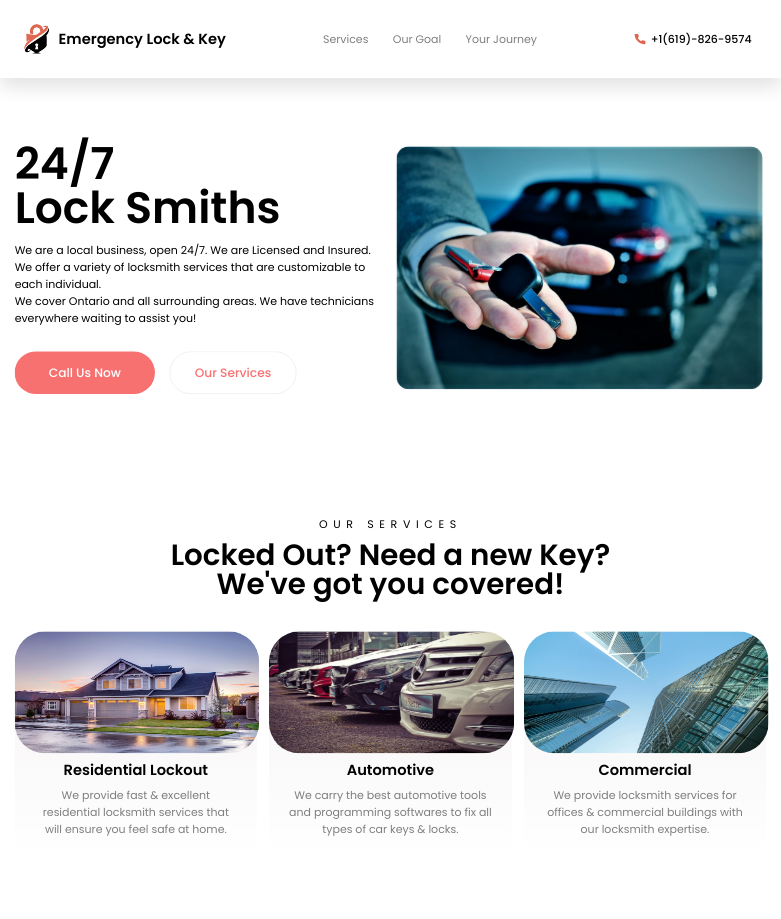
Repository: aya7abbal/locksprollc
Page: /
These files come from the project's save history. The page is drawn as it stood at one moment and after the next save; the edit follows.
The browser window is 1280 px wide. The pictures show the whole page, at 61% of full size.
Some web fonts or font styles are not loaded; a fallback is used. The project was rebuilt for these pictures with package versions that can differ from the ones it lists, and the page was loaded fresh each time. Also part of the build but not shown: vite.config.js.

Above is the page before, as saved 2024-04-03 01:17:05.

### index.html
<!doctype html>
<html lang="en">
  <head>
    <meta charset="UTF-8" />
    <link rel="icon" type="image/svg+xml" href="/src/assets/Images/Logo/favicon.ico" />
    <meta name="viewport" content="width=device-width, initial-scale=1.0" />
    <title>Emergency Lock & Key</title>
    <link rel="stylesheet" href="https://rsms.me/inter/inter.css">

  </head>
  <body>
    <div id="root" class="px-0"></div>
    <script type="module" src="/src/main.jsx"></script>
  </body>
</html>

### src/App.jsx
import Navbar from './Components/0.Navbar/Navbar'
import Banner from './Components/1.Banner/Index'
import Services from './Components/2.Services/Index'

export default function App() {

  return (
    <>
<Navbar/>
<Banner/>
<Services/>
    </>
  )
}

### src/index.css
@import url('https://fonts.googleapis.com/css2?family=Poppins:wght@400;500;600;700;800&display=swap');
@tailwind base;
@tailwind components;
@tailwind utilities;
/* npm */

* {
  font-family: 'Poppins', sans-serif;
}


html, body{
  scroll-behavior: smooth !important;
  margin: auto 0!important;
  padding: 0px !important;

}

html:not([data-scroll="0"]) .navbar {
  position: fixed;
  top: 0;
  width: 100%;
  background-color: white;
  background-blend-mode: overlay;
  opacity: 1.9;
  box-shadow: 0 15px 30px rgba(0, 0, 0, 0.12);
  transition: 0.4s linear;
  z-index: 3;
}

.card-b {
  background: linear-gradient(180deg, #F8F6F6 0%, #F8F6F6 0.01%, rgba(248, 246, 246, 0) 100%);
}

.ls-51 {
  letter-spacing: 0.515em;
}

.br-50 {
  border-radius: 50px 400px 50px 50px;
}

@media screen and (max-width: 1200px) {
  .br-50 {
    border-radius: 20px;
  }
}

.footer-icons {
  transition: .5s;
}

.footer-icons:hover {
  transform: translateY(-8px);
}

.footer-icons:hover > .sepiaa {
  filter: invert(100.10);
}

.space-links {
  transition: .3s;
}

.space-links:hover {
  letter-spacing: 1px;
}

.hover-underline {
  display: inline-flex;
  position: relative;
  color: #dc6550;
  justify-content: center;
  align-items: center;
}

.hover-underline:after {
  content: "";
  position: absolute;
  width: 100%;
  transform: scaleX(0);
  height: 1px;
  bottom: 0;
  left: 0;
  background-color: #DF6751;
  transform-origin: bottom right;
  transition: transform .25s ease-out;
}

.hover-underline:hover:after {
  transform: scaleX(1);
  transform-origin: bottom left;
}

.w-340px {
  width: 340px;
}

.shadow-fi {
  box-shadow: 0px 28px 42px rgba(0, 0, 0, 0.15);
}

.inner-img {
  transition: 0.3s;
}

.inner-img:hover {
  transform: scale(1.1);
}

.par-87{
  padding-right: 87px;
}



#root{
    padding: 0px !important;
}
@media (min-width:1024px) {
    #root{
        padding: 0px !important;
    }

}

### src/Components/0.Navbar/Navbar.tsx
import { Disclosure } from "@headlessui/react";
import React from "react";
import { Bars3Icon } from "@heroicons/react/24/outline";
import Drawer from "./Drawer";
import Drawerdata from "./Drawerdata";
import Logo from "../../assets/Images/Logo/Logo.png";
import Phone from "../../assets/Images/Navbar/phone.svg"

interface NavigationItem {
  name: string;
  href: string;
  current: boolean;
}

const navigation: NavigationItem[] = [
  { name: "Services", href: "#services-section", current: false },
  { name: "Our Goal", href: "#Goal-section", current: false },
  { name: "Your Journey", href: "#Process-section", current: false },
];

function classNames(...classes: string[]) {
  return classes.filter(Boolean).join(" ");
}

const Navbar = () => {
  const [isOpen, setIsOpen] = React.useState(false);

  return (
    <Disclosure as="nav" className="navbar">
      <>
        <div className=" max-w-7xl p-3 md:p-6 lg:px-8 mx-auto w-100">
          <div className="relative flex h-12 sm:h-20 items-center">
            <div className="flex flex-1 items-center sm:justify-between">
              {/* LOGO */}

              <div className="flex md:hidden flex-shrink-0 items-center border-right">
                <img src={Logo} alt="logo" width={36} height={36} />
                <a href="/" className="text-xl font-semibold text-black ml-4">
                  Emergency Lock & Key
                </a>
              </div>
              <div className="hidden md:flex flex-shrink-0 items-center border-right">
                <img src={Logo} alt="logo" width={56} height={56} />
                <a href="/" className="text-2xl font-semibold text-black ml-2">
                  Emergency Lock & Key
                </a>
              </div>

              {/* LINKS */}

              <div className="hidden lg:flex items-center border-right ">
                <div className="flex justify-end space-x-4">
                  {navigation.map((item) => (
                    <a
                      key={item.name}
                      href={item.href}
                      className={classNames(
                        item.current
                          ? "bg-black"
                          : "navlinks hover:opacity-100",
                        "px-3 py-4 rounded-md text-lg font-normal opacity-50 hover:text-black space-links"
                      )}
                      aria-current={item.href ? "page" : undefined}
                    >
                      {item.name}
                    </a>
                  ))}
                </div>
              </div>
              <div className="gap-6 hidden lg:flex mr-4">
                <div className="flex items-center gap-2">
                  <img
                    src={Phone}
                    alt="phone-image"
                    width={19}
                    height={19}
                  />
                  <a
                    className="text-lg font-medium "
                    href="tel:001619-826-9574"
                  >
                    +1(619)-826-9574
                  </a>
                </div>
                {/* <button className='flex justify-end text-xl font-medium bg-bgpink text-pink py-4 px-4 lg:px-8 navbutton rounded-full hover:text-black'>Sign in</button> */}
                {/* <Signindialog /> */}
              </div>
            </div>

            {/* DRAWER FOR MOBILE VIEW */}

            {/* DRAWER ICON */}

            <div className="block lg:hidden">
              <Bars3Icon
                className="block h-6 w-6"
                aria-hidden="true"
                onClick={() => setIsOpen(true)}
              />
            </div>

            {/* DRAWER LINKS DATA */}

            <Drawer isOpen={isOpen} setIsOpen={setIsOpen}>
              <Drawerdata />
            </Drawer>
          </div>
        </div>
      </>
    </Disclosure>
  );
};

export default Navbar;

### src/Components/1.Banner/Index.tsx
"use client";
import { Fade } from "react-awesome-reveal";
import BannerPhoto from "../../assets/Images/Banner/Mobile-Lockout.jpeg";
import "./Banner.css";

const Banner = () => {
  return (
    <div className="bg-lightpink w-100 mt-32">
      <div className="mx-auto max-w-7xl pt-20 sm:pb-24 px-6">
        <div className="grid grid-cols-1 lg:grid-cols-12 space-x-1">
          <div className="col-span-6 flex flex-col justify-center">
            <Fade
              direction={"up"}
              delay={400}
              cascade
              damping={1e-1}
              triggerOnce={true}
            >
              <h1 className="text-4xl lg:text-7xl font-semibold mb-5 text-lightgrey md:4px lg:text-start text-center">
                24/7 <br /> Lock Smiths
              </h1>
            </Fade>
            <Fade
              direction={"up"}
              delay={800}
              cascade
              damping={1e-1}
              triggerOnce={true}
            >
              <p className="text-grey lg:text-lg font-normal mb-10 lg:text-start text-center">
                We are a local business, open 24/7. We are Licensed and Insured.
                We offer a variety of locksmith services that are customizable
                to each individual.
                <br /> We cover Ontario and all surrounding areas. We have
                technicians everywhere waiting to assist you!{" "}
              </p>
            </Fade>
            <Fade
              direction={"up"}
              delay={1000}
              cascade
              damping={1e-1}
              triggerOnce={true}
            >
              <div className="md:flex align-middle justify-center lg:justify-start">
                <button className="text-xl w-full md:w-auto font-medium rounded-full text-white py-5 px-6 bg-red-400 lg:px-14 mr-6">
                  <a href="tel:001619-826-9574">Call Us Now</a>
                </button>
                <button className="flex border w-full md:w-auto mt-5 md:mt-0 border-pink justify-center rounded-full text-xl font-medium items-center py-5 px-10 text-red-400 hover:text-white hover:bg-red-400">

                  <a href="#services-section">Our Services</a>
                </button>
              </div>
            </Fade>
          </div>

          <div className="col-span-6 flex justify-center relative banner-photo-container">
            {/* <div className="flex bg-white p-2 gap-5 items-center bottom-10 left-10 rounded-xl absolute">
              <img
                src={"/imgs/Banner/pizza.svg"}
                alt="pizza-img"
                width={68}
                height={68}
              />
              <p className="text-lg font-normal">
                More than 500+ <br /> recipes.
              </p>
            </div> */}
            <img
              src={BannerPhoto}
              alt="nothing"
              id="banner-img"
              // width={200}
              // height={200}
            />
          </div>
        </div>
      </div>
    </div>
  );
};

export default Banner;

### src/Components/2.Services/Index.tsx
"use client"
// import Link from 'next/link';
// import { ChevronRightIcon } from '@heroicons/react/24/outline';
import { Fade } from "react-awesome-reveal";
import Residential from '../../assets/Images/Services/featureOne.jpg'
import Automotive from '../../assets/Images/Services/featureTwo.jpg'
import Commercial from '../../assets/Images/Services/featureThree.jpg'


interface cardDataType {
    imgSrc: any;
    heading: string;
    subheading: string;
    link: string;
}

const cardData: cardDataType[] = [
    {
        imgSrc: Residential,
        heading: "Residential Lockout",
        subheading: "We provide fast & excellent residential locksmith services that will ensure you feel safe at home.",
        link: 'Learn more'
    },
    {
        imgSrc: Automotive,
        heading: "Automotive",
        subheading: "We carry the best automotive tools and programming softwares to fix all types of car keys & locks.",
        link: 'Learn more'
    },
    {
        imgSrc: Commercial,
        heading: "Commercial",
        subheading: "We provide locksmith services for offices & commercial buildings with our locksmith expertise.",
        link: 'Learn more'
    }

]

const Services = () => {
    return (


        <div>
            <div className='mx-auto max-w-7xl py-20 px-6' id="services-section">
                <div className='text-center mb-14' >
                    <Fade direction={'up'} delay={400} cascade damping={1e-1} triggerOnce={true}>
                        <h3 className='text-pink text-lg font-normal mb-3 ls-51 uppercase'>Our Services</h3>
                    </Fade>
                    <Fade direction={'up'} delay={800} cascade damping={1e-1} triggerOnce={true}>
                        <p className='text-3xl lg:text-5xl font-semibold text-lightgrey'>Locked Out? Need a new Key? <br /> We&apos;ve got you covered!</p>
                    </Fade>
                </div>


                <div className='grid sm:grid-cols-1 lg:grid-cols-3 gap-y-20  gap-x-5 mt-32 pt-5 service-container'>
                    <Fade direction={'up'} delay={1000} cascade damping={1e-1} triggerOnce={true}>
                        {cardData.map((items, i) => (

                            <div className='card-b p-8 relative rounded-3xl my-5' key={i}>
                                <div className='work-img-bg rounded-full grid sm:grid-cols-1 absolute top-[-50%] sm:top-[-50%]  md:top-[-55%] lg:top-[-45%] left-[0%] sm:right-[-1%]'>
                                    <img src={items.imgSrc} alt={items.imgSrc.src} width={500} height={500} style={{borderRadius:"50px", width:"500px", height:"200px", margin:"auto"}}/>
                                </div>
                                <h3 className='text-2xl text-black font-semibold text-center mt-16 '>{items.heading}</h3>
                                <p className='text-lg font-normal pt-3 text-black text-center text-opacity-50'>{items.subheading}</p>
                                <div className='flex items-center justify-center'>
                                    {/* <Link href='/'><p className='text-center text-lg font-medium text-pink mt-2 hover-underline'>{items.link}<ChevronRightIcon width={20} height={20} /></p></Link> */}
                                </div>


                            </div>
                        ))}
                    </Fade>
                </div>
            </div>
        </div>

    )
}

export default Services;

### src/Components/0.Navbar/Drawer.tsx
import React, { ReactNode } from "react";
import { XMarkIcon } from "@heroicons/react/24/outline";
import Logo from "../../assets/Images/Logo/Logo.png";

interface DrawerProps {
  children: ReactNode;
  isOpen: boolean;
  setIsOpen: (isOpen: boolean) => void;
}

const Drawer = ({ children, isOpen, setIsOpen }: DrawerProps) => {
  return (
    <main
      className={
        " fixed overflow-hidden z-10 bg-gray-900 bg-opacity-25 inset-0 transform ease-in-out " +
        (isOpen
          ? " transition-opacity opacity-100 duration-500 translate-x-0  "
          : " transition-all delay-500 opacity-0 -translate-x-full  ")
      }
    >
      <section
        className={
          "w-340px max-w-lg left-0 absolute bg-white h-full shadow-xl delay-400 duration-500 ease-in-out transition-all transform " +
          (isOpen ? "translate-x-0" : "-translate-x-full")
        }
      >
        <article className="relative w-340px max-w-lg pb-10 flex flex-col space-y-6 h-full">
          <header className="px-4 py-4 flex items-center justify-between">
            <div className="flex flex-shrink-0 items-center border-right">
              <img src={Logo} alt="logo" width={56} height={56} />
              <a href="/" className="text-l font-semibold text-black ml-4">
                Emergency Lock & Key
              </a>
            </div>

            <XMarkIcon
              className="block h-6 w-6"
              onClick={() => {
                setIsOpen(false);
              }}
            />
          </header>
          <div
            onClick={() => {
              setIsOpen(false);
            }}
          >
            {children}
          </div>
        </article>
      </section>
      <section
        className="w-screen h-full cursor-pointer "
        onClick={() => {
          setIsOpen(false);
        }}
      ></section>
    </main>
  );
};

export default Drawer;

### src/Components/0.Navbar/Drawerdata.tsx
import React from "react";
import Contactusform from "./Contactus";

interface NavigationItem {
    name: string;
    href: string;
    current: boolean;
}

const navigation: NavigationItem[] = [
    { name: "Services", href: "#services-section", current: false },
  { name: "Our Goal", href: "#Goal-section", current: false },
  { name: "Your Journey", href: "#Process-section", current: false },
]


function classNames(...classes: string[]) {
    return classes.filter(Boolean).join(' ')
}

const Data = () => {
    return (
        <div className="rounded-md max-w-sm w-full mx-auto">
            <div className="flex-1 space-y-4 py-1">
                <div className="sm:block">
                    <div className="space-y-1 px-5 pt-2 pb-3">
                        {navigation.map((item) => (
                            <a
                                key={item.name}
                                href={item.href}
                                className={classNames(
                                    item.current ? 'bg-gray-900 text-purple' : 'text-black hover:bg-gray-700 hover:text-purple',
                                    'block  py-2 rounded-md text-base font-medium'
                                )}
                                aria-current={item.current ? 'page' : undefined}
                            >
                                {item.name}
                            </a>
                        ))}
                        <div className="mt-4"></div>
                        {/* <button className='flex justify-center text-base w-full font-medium rounded-full bg-bgpink text-pink py-3 px-4 lg:px-8 navbutton hover:text-white'>Sign in</button> */}
                        <button className='flex justify-center text-base w-full font-medium rounded-full bg-transparent border border-bgpink text-pink py-3 px-4 lg:px-8 navbutton hover:text-white hover:bg-pink'>Call Now!</button>

                        {/* <Contactusform /> */}
                    </div>
                </div>
            </div>
        </div>
    );
}

export default Data;

### src/Components/1.Banner/Banner.css
.banner-photo-container #banner-img {
  margin: 2rem;
  border-radius: 20px;
  width: 90%;
}

@media (min-width: 1023px) {
  .banner-photo-container #banner-img {
    width: 98%;
    height: auto;
  }
}
/*# sourceMappingURL=Banner.css.map */

### tailwind.config.js
/** @type {import('tailwindcss').Config} */
export default {

content: [
  "./index.html",
  "./src/**/*.{js,ts,jsx,tsx}",
],
theme: {
  extend: {},
},
plugins: [],
}

### src/Components/Identity/Index.tsx
"use client";
import { Fade } from "react-awesome-reveal";
import HappyCustomer from "../../assets/Images/Mission/Happy customer.jpeg";
import Burger from "../../assets/Images/Mission/burger.png";


const Identity = () => {
  return (
    <div className="relative" id="Goal-section">
      <div className="mx-auto max-w-7xl lg:pt-20 sm:pb-24 px-6">
        <div className="absolute right-0 bottom-[-18%] hidden lg:block">
          <img
            src={Burger}
            alt="Mission & Vision"
            width={463}
            height={622}
          />
        </div>

        <div className="grid grid-cols-1 lg:grid-cols-12 my-16 space-x-5">
          <div className="col-span-6 flex justify-start">
            <img src={HappyCustomer} alt="nothing" width={900} height={808} />
          </div>

          <div className="col-span-6 flex flex-col justify-center">
            <Fade
              direction={"up"}
              delay={400}
              cascade
              damping={1e-1}
              triggerOnce={true}
            >
              <h2 className="text-pink text-lg font-normal my-3 ls-51 uppercase text-start">
                {" "}
                What We Do
              </h2>
            </Fade>
            <Fade
              direction={"up"}
              delay={800}
              cascade
              damping={1e-1}
              triggerOnce={true}
            >
              <h3 className="text-3xl lg:text-5xl font-semibold text-black text-start"></h3>
            </Fade>
            <Fade
              direction={"up"}
              delay={1000}
              cascade
              damping={1e-1}
              triggerOnce={true}
            >
              <p className="text-grey md:text-lg font-normal mb-10 text-start mt-2">
                We cover Ontario and all surrounding areas. Locks Pro CA offers
                the fastest automotive, residential, and commercial locksmith
                services in the area. Our team are a phone call away, anytime
                and anywhere. We guarantee you a full excellent service and
                we&apos;re responsible for any inconvenience.
              </p>
              <Fade
                direction={"up"}
                delay={400}
                cascade
                damping={1e-1}
                triggerOnce={true}
              >
                <h2 className="text-pink text-lg font-normal mb-3 ls-51 uppercase text-start">
                  {" "}
                  What We Offer
                </h2>
              </Fade>
              <p className="text-grey md:text-lg font-normal mb-10 text-start mt-1">
                We offer complete locksmith services 24/7. We guarantee customer
                satisfaction on any job we take. Our outstanding reputation for
                quality work has earned us the trust and recognition of
                thousands of happy customers. We are fast in emergencies, give us
                a call and we&apos;ll be right there!
              </p>
              <div className="flex align-middle justify-center md:justify-start">
                <a className="text-xl font-medium rounded-full text-white py-5 px-6 bg-pink lg:px-10 mr-6" href="tel:001619-826-9574">
                 Call Us Now!
                </a>
              </div>
            </Fade>
          </div>
        </div>
      </div>
    </div>
  );
};

export default Identity;

Loaded but not shown: src/main.jsx (common file)

After the next save:
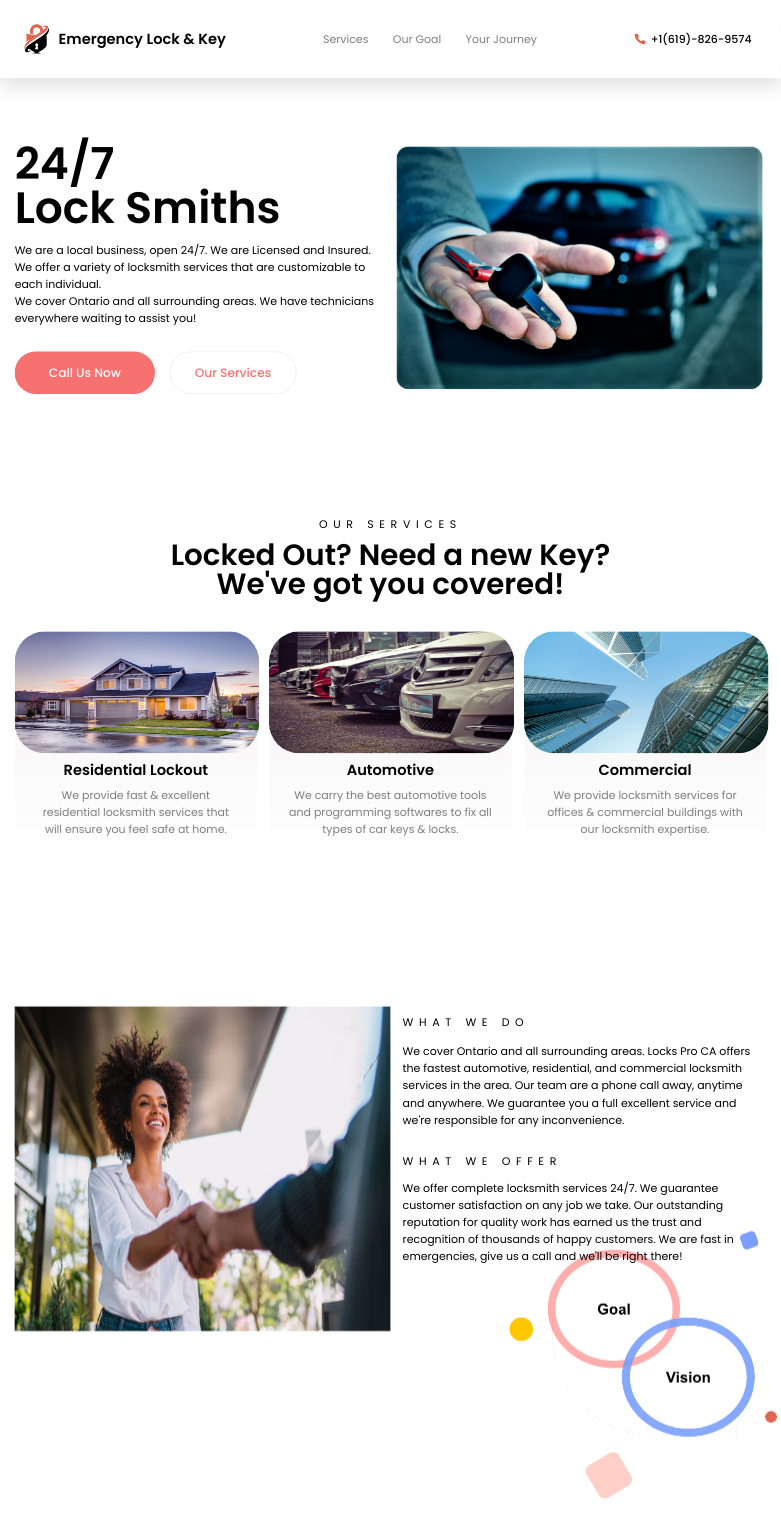
Saved 32 s later.
--- a/src/App.jsx
+++ b/src/App.jsx
@@ -1,6 +1,7 @@
 import Navbar from './Components/0.Navbar/Navbar'
 import Banner from './Components/1.Banner/Index'
 import Services from './Components/2.Services/Index'
+import Identity from './Components/Identity/Index'
 
 export default function App() {
 
@@ -9,6 +10,7 @@ export default function App() {
 <Navbar/>
 <Banner/>
 <Services/>
+<Identity/>
     </>
   )
 }
